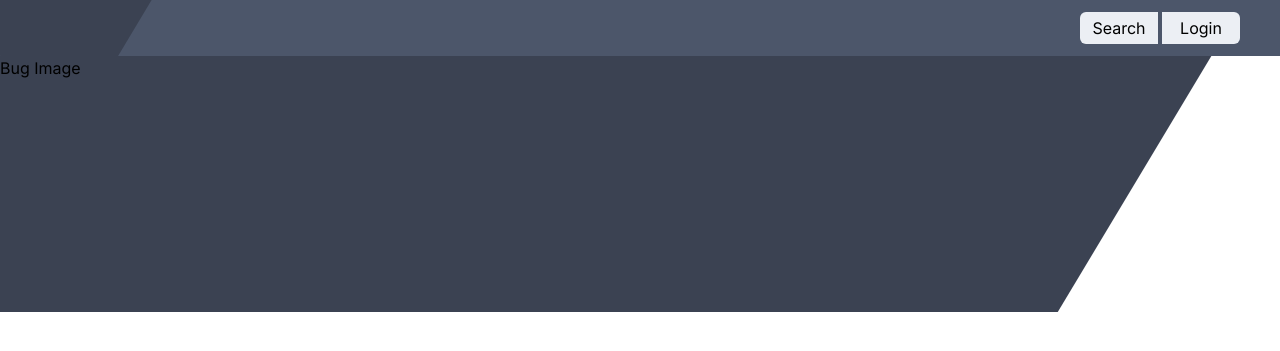
Repository: Qu4ntumGuy/project-bug
Page: /
These files come from the project's save history. The page is drawn as it stood at one moment and after the next save; the edit follows.
The browser window is 1280 px wide. The pictures show the whole page.
The project was rebuilt for these pictures with package versions that can differ from the ones it lists, and the page was loaded fresh each time. The framework's server and built-in components were replaced by stand-ins that run in the browser. Also part of the build but not shown: next.config.mjs.

Above is the page before, as saved 2024-02-11 22:34:43.

After the next save:
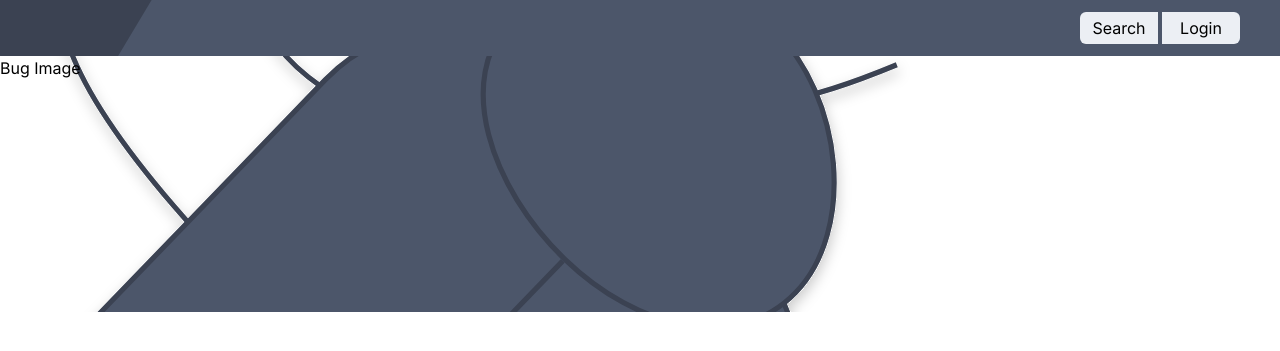
Saved 10 s later.
--- a/src/app/page.js
+++ b/src/app/page.js
@@ -9,7 +9,7 @@ export default function Home() {
       <div>
         <div
           className="bg-cover bg-center h-64"
-          style={{ backgroundImage: "url('/Rectangle 5.svg')" }}
+          style={{ backgroundImage: "url('/Bug.svg')" }}
         >
           Bug Image
         </div>
